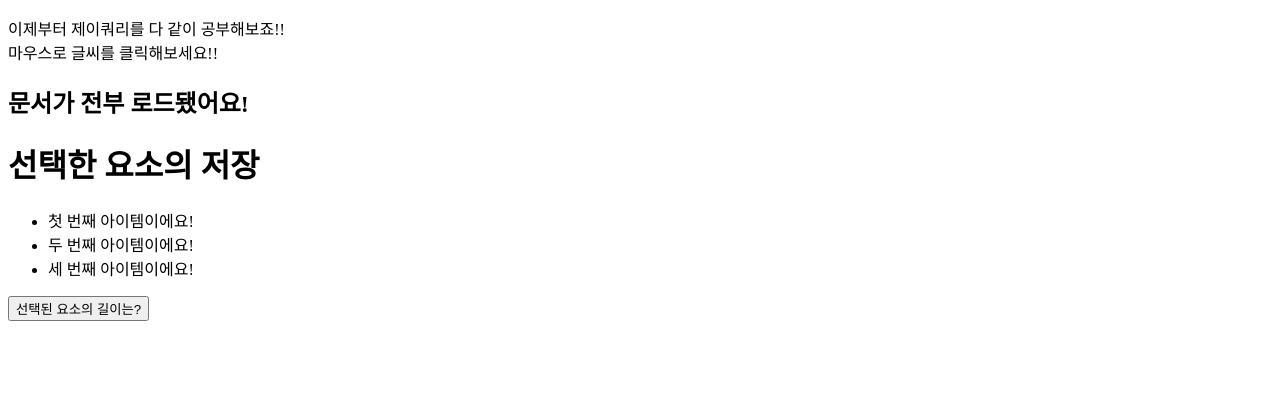
Repository: kokoko12334/sms
Page: http://localhost/test
The author's editor kept a copy of each file at every save. The page is drawn from the files as they stood at one save, then again after the next save.
The browser window is 1280 px wide. The pictures show the whole page.
The page is this project's Thymeleaf template; nobody is signed in. The template is opened directly, without the code that normally fills it, so the values that code supplies are empty.

Above is the page before, as saved 2023-05-27 04:28:53.
Console error: TypeError: e.indexOf is not a function

After the next save:
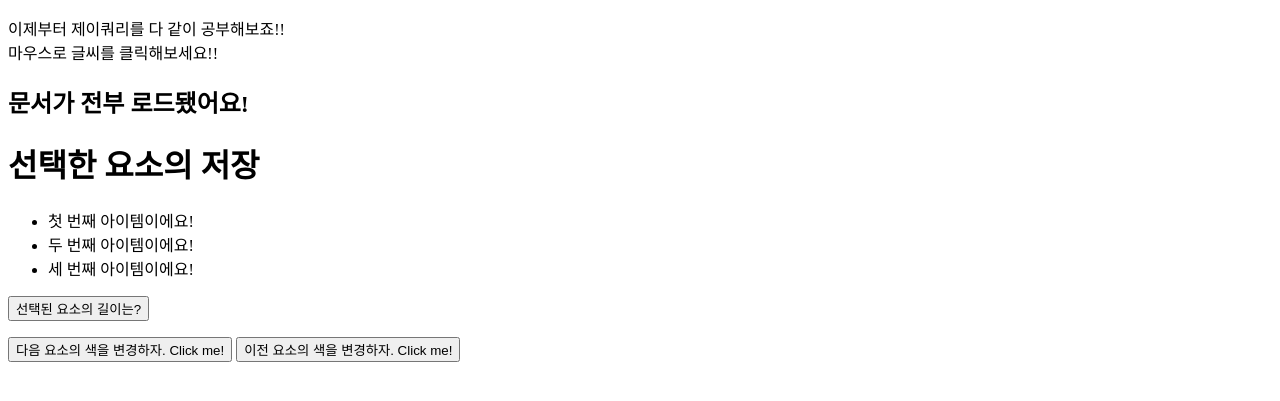
Saved 4 h 5 min later.
--- a/workspace_spring2/bankingdemo/src/main/resources/templates/test.html
+++ b/workspace_spring2/bankingdemo/src/main/resources/templates/test.html
@@ -23,6 +23,12 @@
 	</ul>
 	<button>선택된 요소의 길이는?</button>
 	<p id="len"></p>
+
+	<div>
+   <button class="button1">다음 요소의 색을 변경하자. Click me!</button>
+   <button class="button2">이전 요소의 색을 변경하자. Click me!</button>
+</div>
+
 <script>
 // $(function() { 제이쿼리코드 } ) 는 자바에서 window.onload = functions(){}과 같은 기능임 즉, 모든 페이지가 로드되고 실행하라는 의미
 $(function() {
@@ -45,6 +51,16 @@ $(function() {
 	});
 
 
+
+	$('.button1').click(function() {
+		   $(this).next().css('color', 'red');
+		});
+
+		// 이전 요소에 대한 색상 변경
+		$('.button2').click(function() {
+		   $(this).prev().css('color', 'red');
+		});
+
 });
 
 
